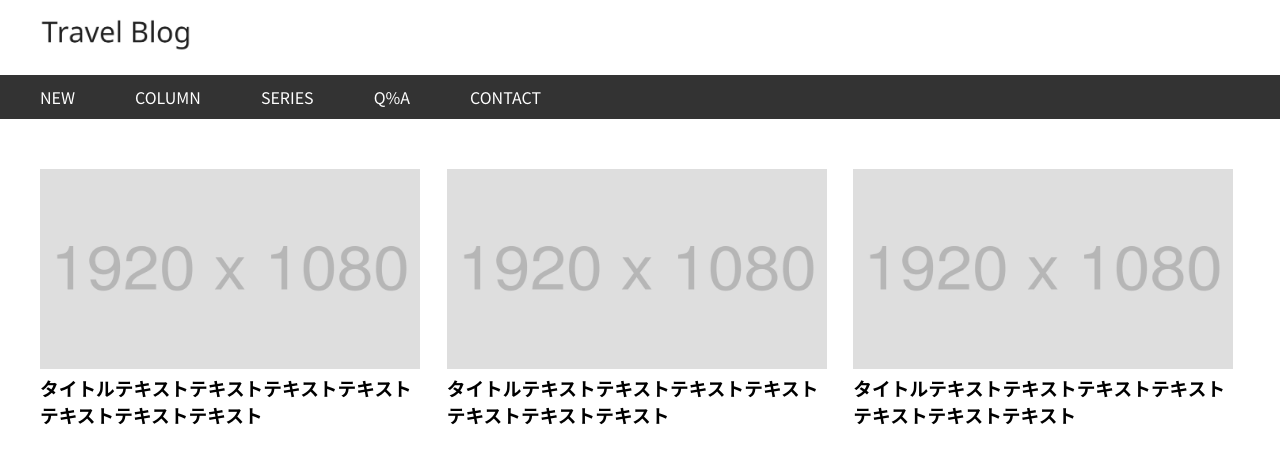
Repository: n19880405nick/challenge
Page: Codestep/Blog/blog.html
The author's editor kept a record of every edit. The page is drawn from the files as they stood at one moment, then again after the next edit.
The browser window is 1280 px wide. The pictures show the whole page.

Above is the page before.

After the next edit:
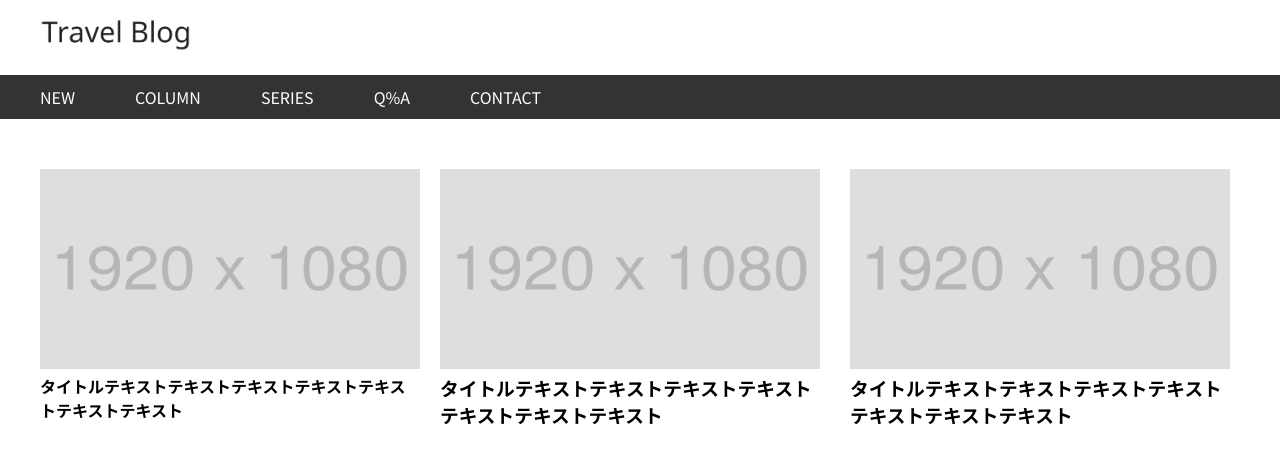
The edit:
--- a/Codestep/Blog/blog.html
+++ b/Codestep/Blog/blog.html
@@ -30,7 +30,7 @@
     <div id="pickup">
       <article class="pickup">
         <img class="pickup-image" src="img/pickup1.jpg">
-        <h3 class="pickup-title">タイトルテキストテキストテキストテキストテキストテキストテキスト</h3>
+        <h4 class="pickup-title">タイトルテキストテキストテキストテキストテキストテキストテキスト</h4>
         <div class="readmore">
           <a href="">READ MORE</a>
         </div>
